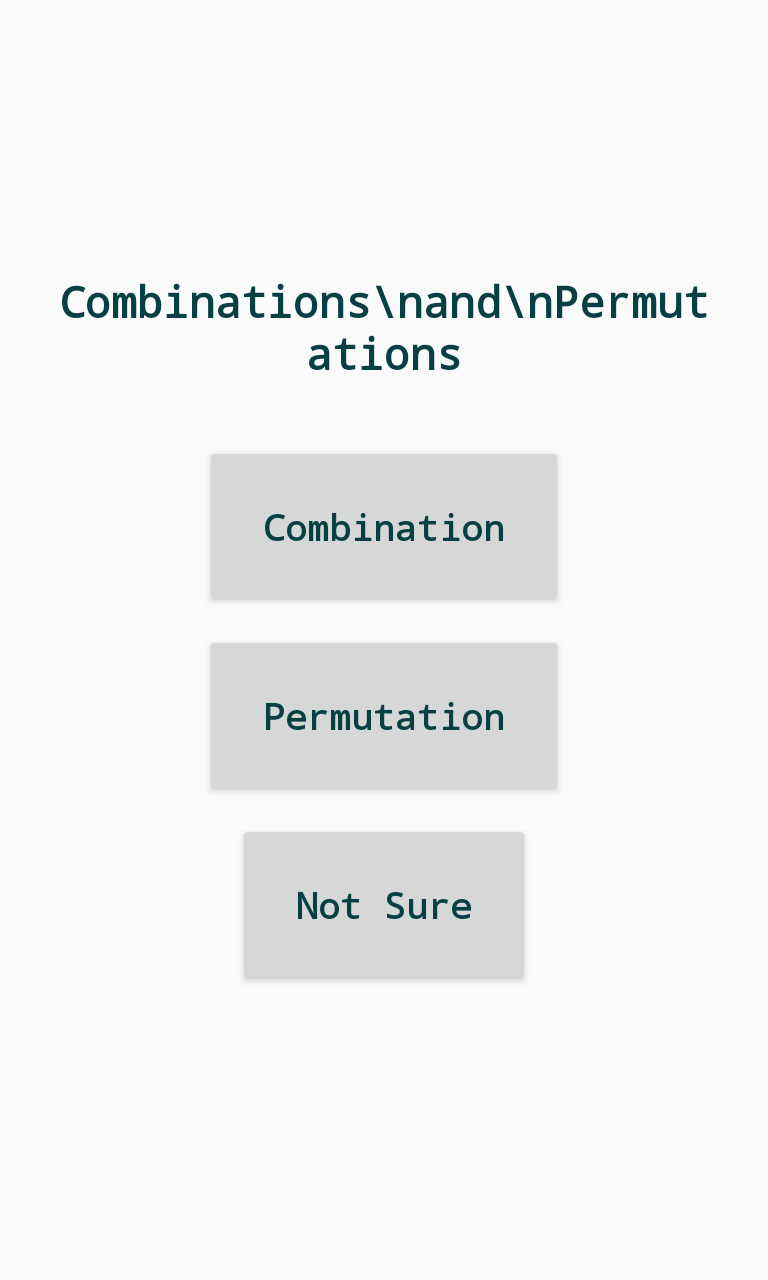
Repository: rontejada1991/Combinations-and-Permutations-Android-App
Layout: combinations/res/layout/activity_main.xml
The author's editor kept a copy of each file at every save. The layout is drawn from the files as they stood at one save, then again after the next save.
It is drawn on a 768 x 1280 px phone screen (xhdpi) without system bars, with theme AppTheme; the app's code is not run.

Above is the layout before, as saved 2014-11-07 20:19:11.

### combinations/res/layout/activity_main.xml
<LinearLayout xmlns:android="http://schemas.android.com/apk/res/android"
    xmlns:tools="http://schemas.android.com/tools"
    android:layout_width="match_parent"
    android:layout_height="match_parent"
	android:orientation="vertical"
	android:gravity="center"
	android:padding="25dp"
    tools:context="com.silvercloudgames.combinations.MainActivity" >

    <TextView
        android:id="@+id/tv_title"
        style="@style/CodeFont"
        android:layout_width="fill_parent"
        android:text="Combinations\nand\nPermutations"
        android:layout_marginBottom="30dp" />

    <Button
        android:id="@+id/b_comb"
        style="@style/CodeFont.Med"
        android:text="Combination"
        android:padding="30dp"
        android:layout_marginBottom="10dp"
        android:onClick="onBeginPressed" />

    <Button
        android:id="@+id/b_perm"
        style="@style/CodeFont.Med"
        android:text="Permutation"
        android:padding="30dp"
        android:layout_marginBottom="10dp"
        android:onClick="onBeginPressed" />

     <Button
        android:id="@+id/b_not_sure"
        style="@style/CodeFont.Med"
        android:text="Not Sure"
        android:padding="30dp"
        android:layout_marginBottom="10dp"
        android:onClick="onBeginPressed" />


</LinearLayout>

### combinations/res/values/code_font.xml
<?xml version="1.0" encoding="utf-8"?>
<resources xmlns:android="http://schemas.android.com/apk/res/android">

    <style name="CodeFont">
        <item name="android:layout_width">wrap_content</item>
        <item name="android:layout_height">wrap_content</item>
        <item name="android:textColor">#064042</item>
        <item name="android:textStyle">bold</item>
        <item name="android:typeface">monospace</item>
        <item name="android:gravity">center</item>
        <item name="android:textAppearance">@android:style/TextAppearance.Large</item>
    </style>

    <style name="CodeFont.Med">
        <item name="android:textAppearance">@android:style/TextAppearance.Medium</item>
    </style>

    <style name="CodeFont.Italic">
        <item name="android:textStyle">italic</item>
    </style>

</resources>

Loaded but not shown: combinations/res/values/styles.xml (common file); combinations/res/values-v11/styles.xml (common file); combinations/res/values-v14/styles.xml (common file)

After the next save:
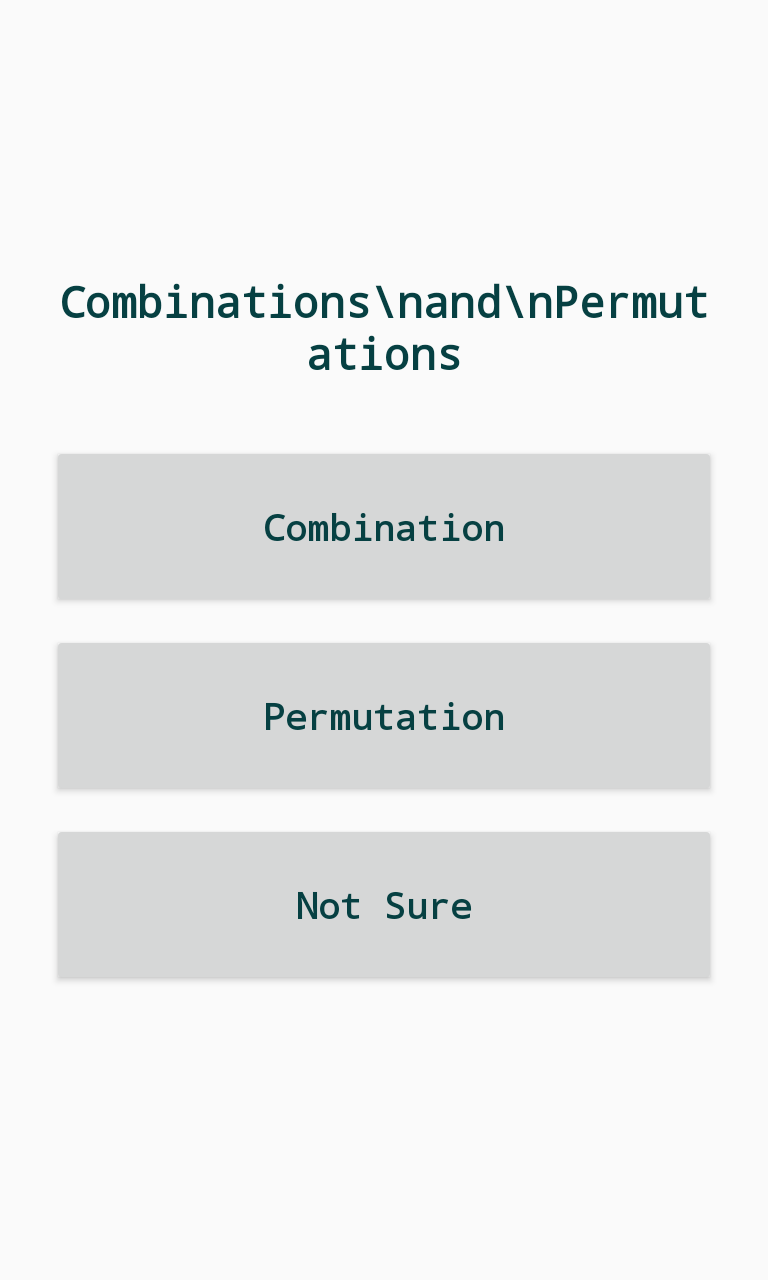
Saved 26 min 30 s later.
--- a/combinations/res/layout/activity_main.xml
+++ b/combinations/res/layout/activity_main.xml
@@ -19,6 +19,7 @@
         style="@style/CodeFont.Med"
         android:text="Combination"
         android:padding="30dp"
+        android:layout_width="fill_parent"
         android:layout_marginBottom="10dp"
         android:onClick="onBeginPressed" />
 
@@ -27,6 +28,7 @@
         style="@style/CodeFont.Med"
         android:text="Permutation"
         android:padding="30dp"
+        android:layout_width="fill_parent"
         android:layout_marginBottom="10dp"
         android:onClick="onBeginPressed" />
 
@@ -35,6 +37,7 @@
         style="@style/CodeFont.Med"
         android:text="Not Sure"
         android:padding="30dp"
+        android:layout_width="fill_parent"
         android:layout_marginBottom="10dp"
         android:onClick="onBeginPressed" />
 
